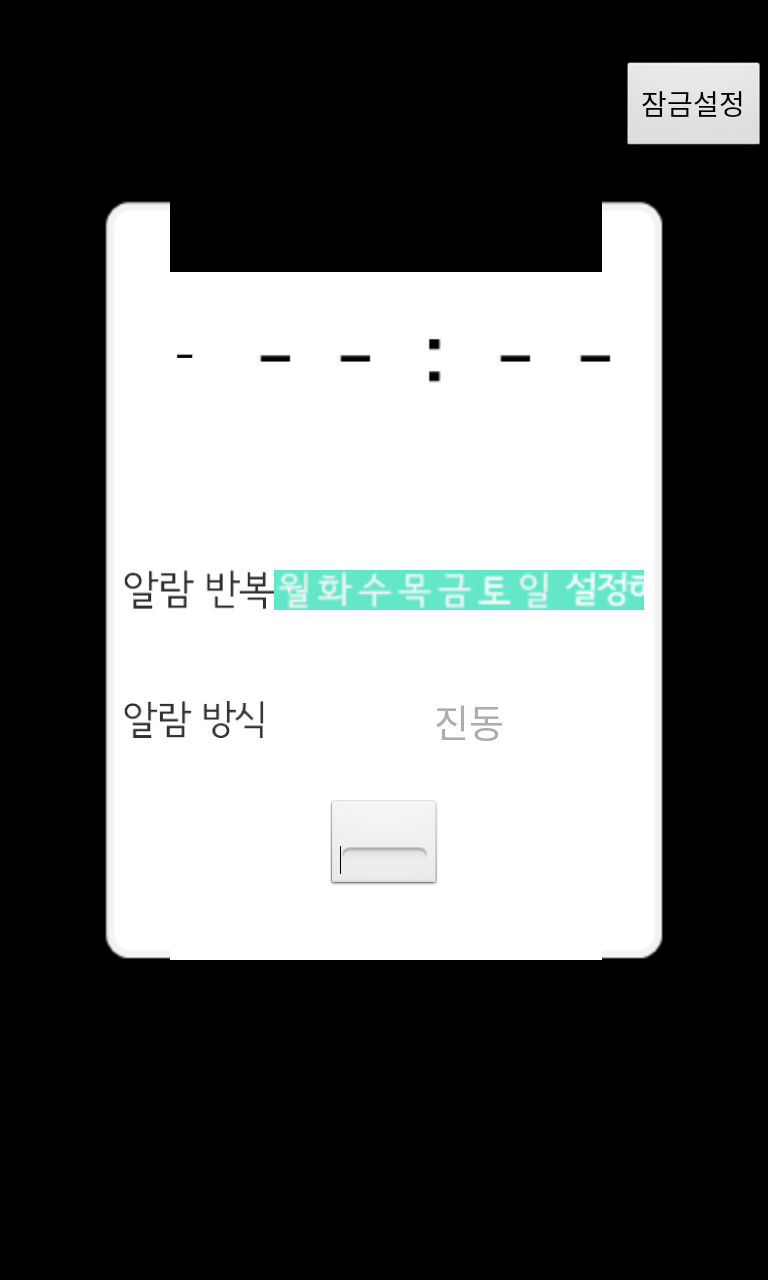
Repository: blacky512/smart_morning_call
Layout: client/SmartMorningCall/res/layout/randomcall_frag.xml
An editor plug-in stored every save of this project. The layout is shown before and after the next save, followed by the edit.
It is drawn on a 768 x 1280 px phone screen (xhdpi) without system bars, with theme android:Theme.NoTitleBar; the app's code is not run.

Above is the layout before, as saved 2013-02-26 14:46:30.

After the next save:
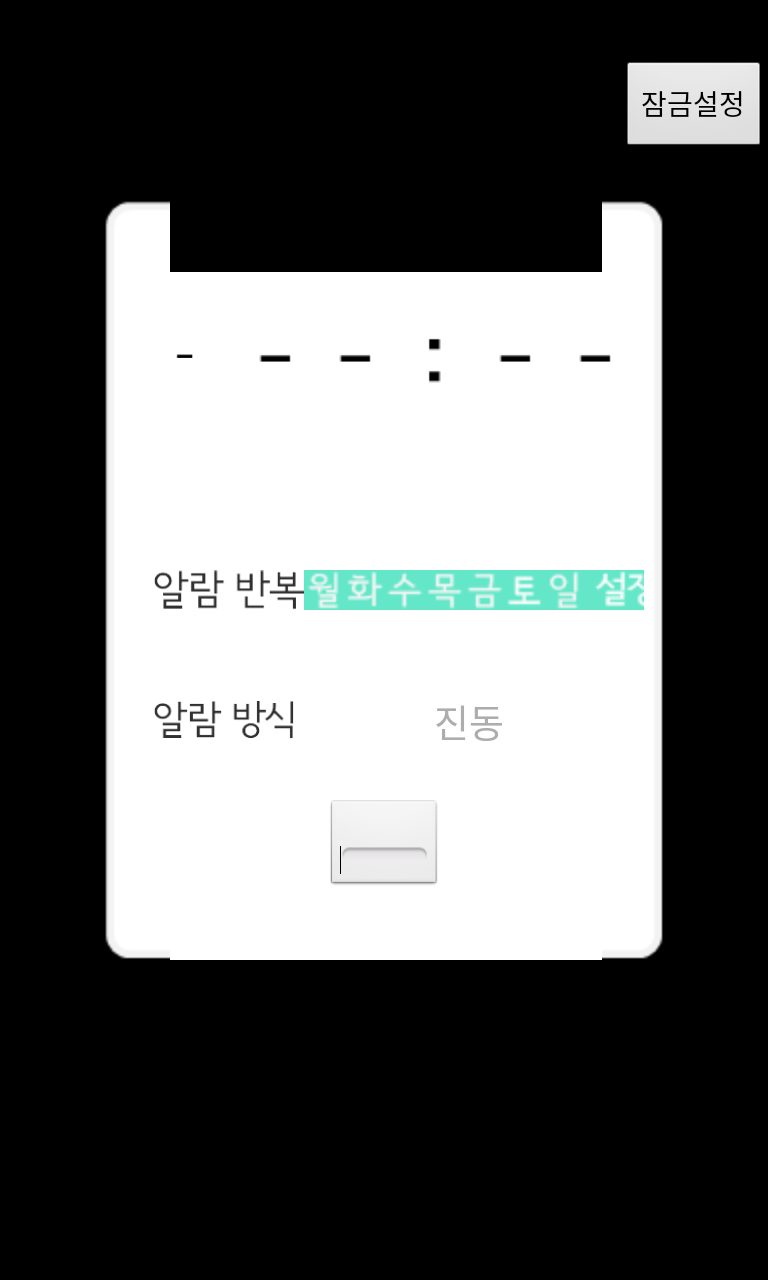
Saved 119 s later.
--- a/client/SmartMorningCall/res/layout/randomcall_frag.xml
+++ b/client/SmartMorningCall/res/layout/randomcall_frag.xml
@@ -119,6 +119,7 @@
                         android:layout_height="50dp"
                         android:layout_alignParentLeft="true"
                         android:layout_alignParentTop="true"
+                        android:layout_marginLeft="15dp"
                         android:padding="0dp"
                         android:src="@drawable/alarmrepeat" />
 
@@ -209,7 +210,7 @@
                         android:gravity="center_horizontal" >
 
                         <Button
-                            android:id="@+id/button2"
+                            android:id="@+id/btnalarmtype"
                             style="?android:attr/buttonStyleSmall"
                             android:layout_width="wrap_content"
                             android:layout_height="wrap_content"
@@ -227,7 +228,9 @@
                             android:layout_height="50dp"
                             android:layout_alignParentLeft="true"
                             android:layout_centerVertical="true"
+                            android:layout_marginLeft="15dp"
                             android:src="@drawable/alarmtype" />
+
                     </RelativeLayout>
                 </LinearLayout>
 
